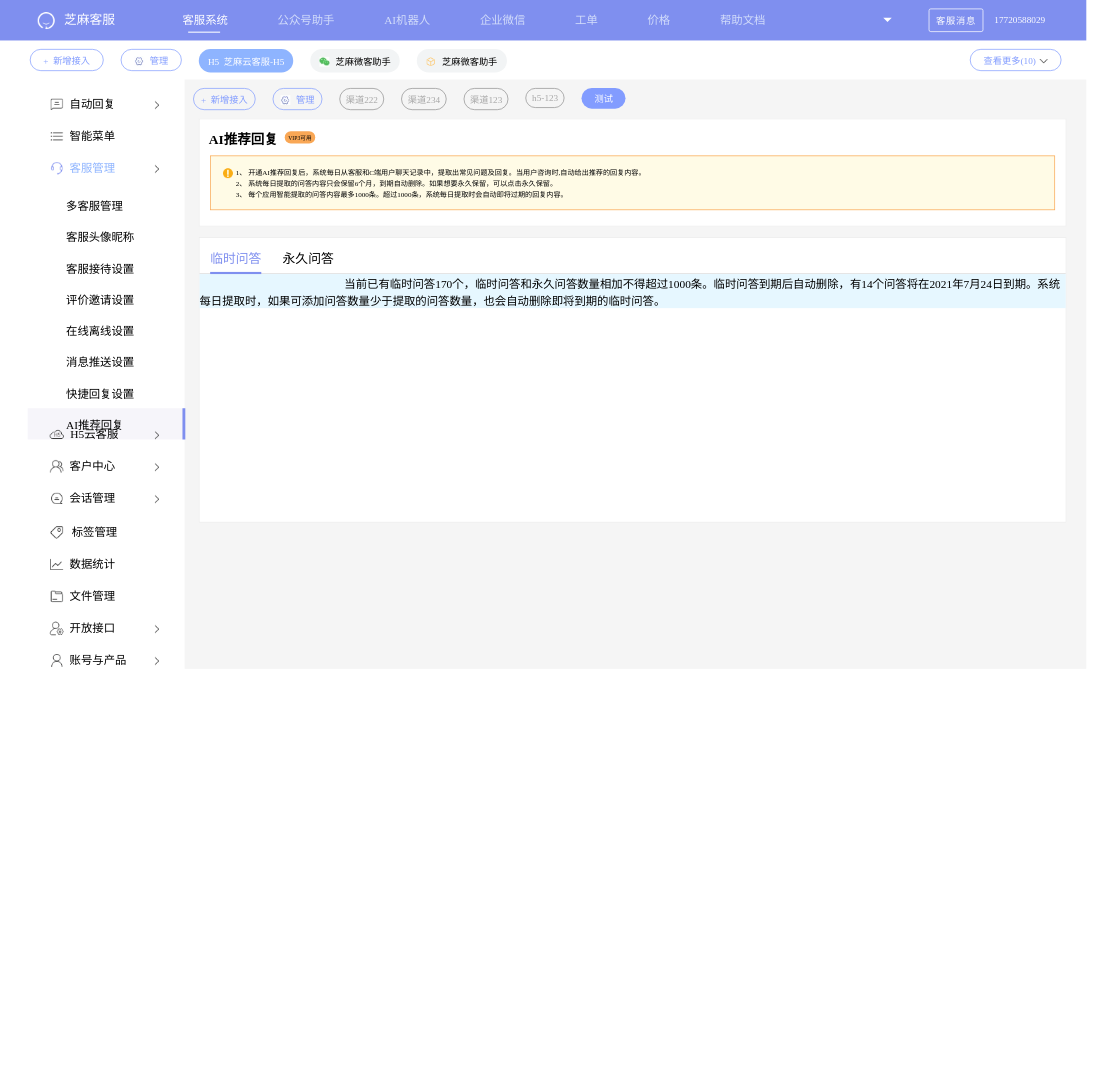
Repository: Privatexiao/projects
Page: Customer service assistant/Untitled-1.html
An editor plug-in stored every save of this project. The page is shown before and after a run of saves, followed by the edit.
The browser window is 1280 px wide. The page is 1560 px wide, so the pictures cover 1560 px, including what lies to the right of the window. The pictures show the whole page, at 71% of full size.

Above is the page before, as saved 2021-07-27 17:01:30.

After the next 3 saves:
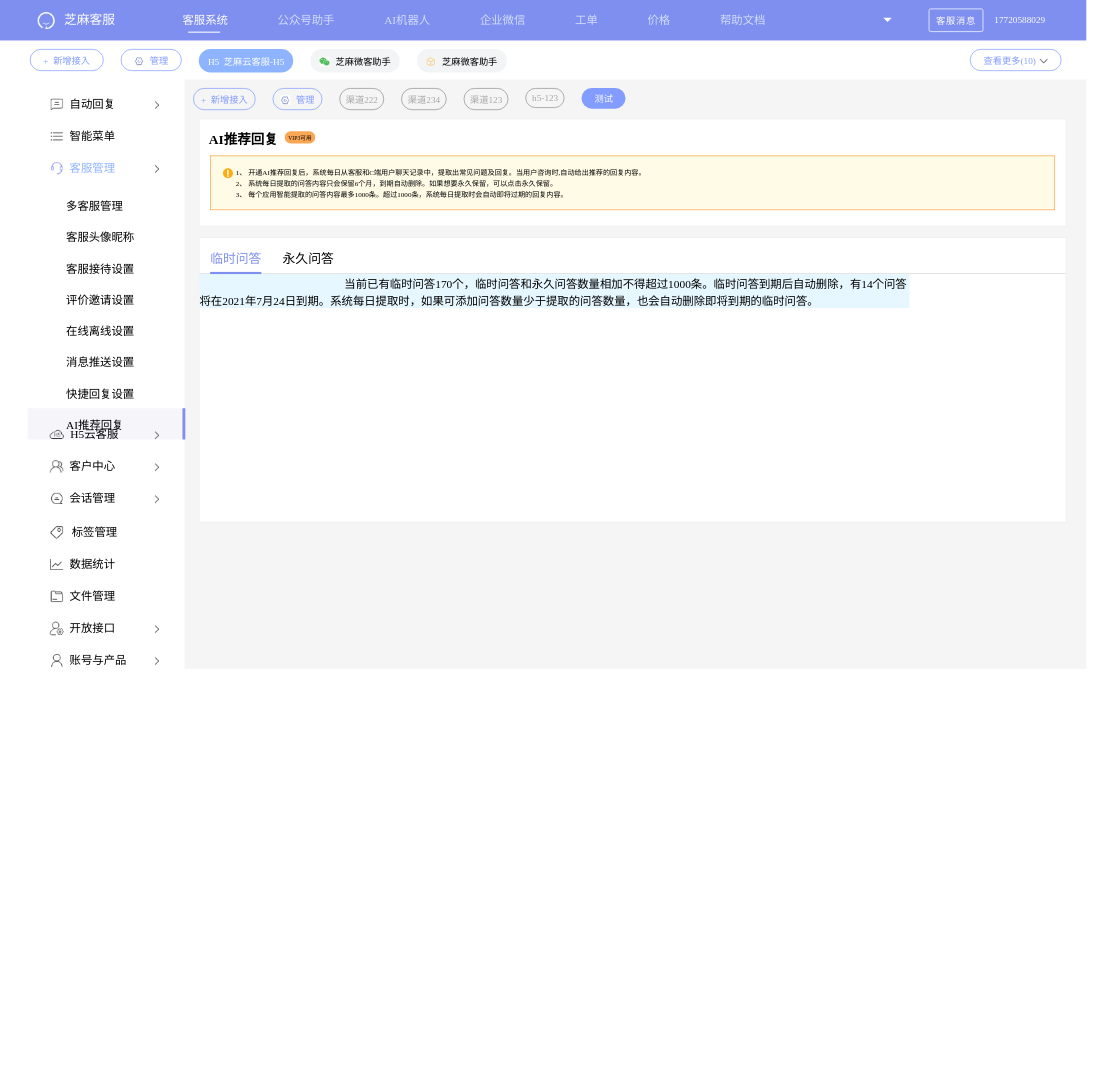
The 3 saves are shown as one change because they came seconds apart.
The last was saved 14 s later.
--- a/Customer service assistant/Untitled-2.css
+++ b/Customer service assistant/Untitled-2.css
@@ -314,6 +314,6 @@ em{
 
 .right_body_body .temporary_warning{
     background-color: #e6f7ff;
-    width: ;
+    width: 1000px;
     height: ;
 }
